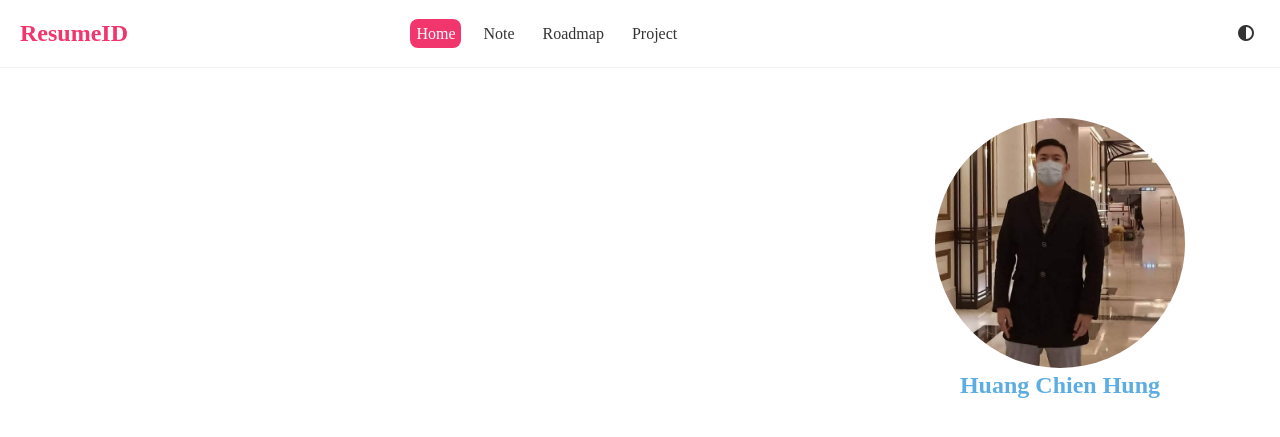
Repository: leo-play-code/ResumeID
Page: /
These files come from the project's save history. The page is drawn as it stood at one moment and after a run of saves; the edit follows.
The browser window is 1280 px wide. The pictures show the whole page.
Some web libraries are served in a nearby version. The project was rebuilt for these pictures with package versions that can differ from the ones it lists, and the page was loaded fresh each time. Also part of the build but not shown: src/Note/Note.js, src/Roadmap/Roadmap.js, src/Project/Project.js.

Above is the page before, as saved 2022-10-18 14:14:55.

After the next 2 saves:
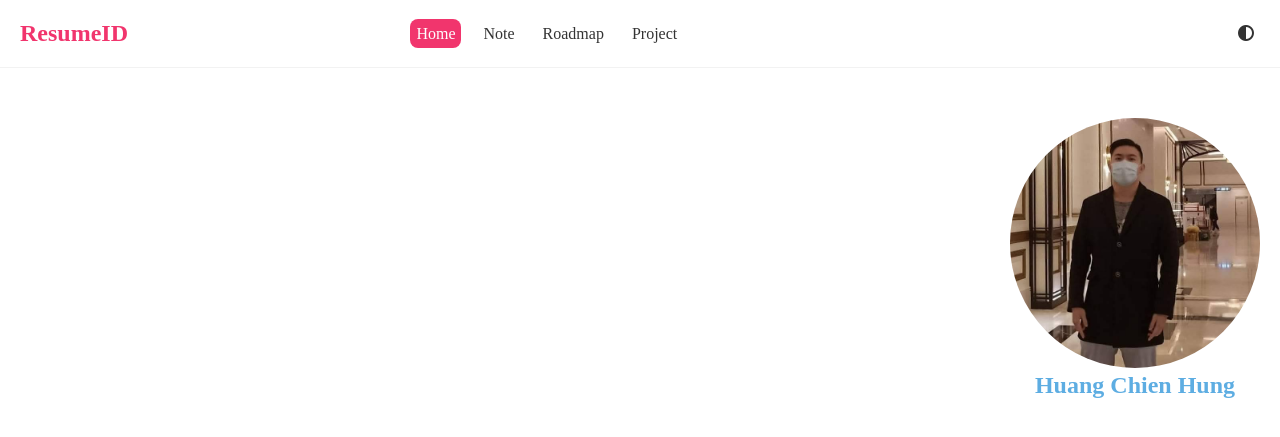
The 2 saves are shown as one change because they came seconds apart.
The last was saved 7 s later.
--- a/src/index.css
+++ b/src/index.css
@@ -60,12 +60,9 @@
 }
 
 .Home .profile .picture{
-  width:400px;
-  height:300px;
   margin-top: 50px;
   margin-right:20px;
   margin-bottom: 20px;
-  float:right;
   text-align: center;
   float:right;
 }
